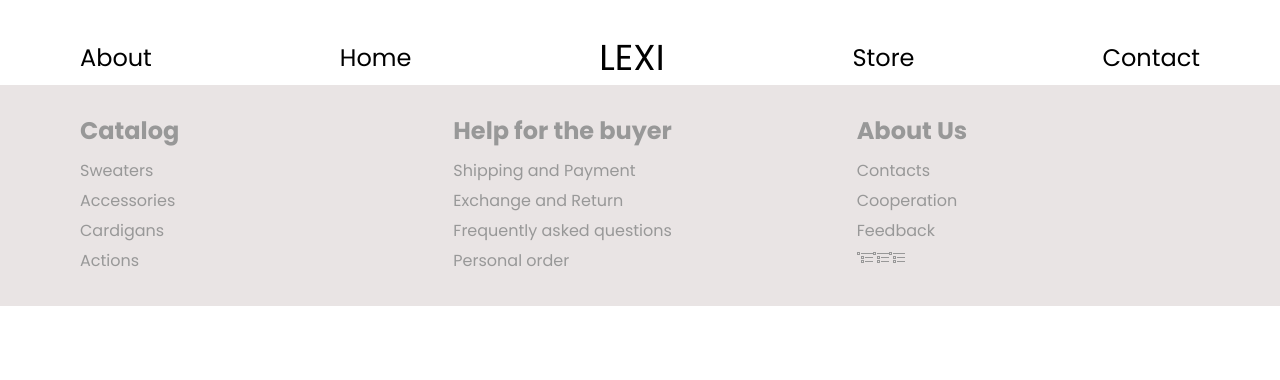
Repository: BuduCE/lexi
Page: /contact
These files come from the project's save history. The page is drawn as it stood at one moment and after a run of saves; the edit follows.
The browser window is 1280 px wide. The pictures show the whole page.
The project was rebuilt for these pictures with package versions that can differ from the ones it lists, and the page was loaded fresh each time. The framework's server and built-in components were replaced by stand-ins that run in the browser. Also part of the build but not shown: nuxt.config.ts, components/CartIcon.vue, components/Icons/Cart.vue, components/Icons/Close.vue, components/Icons/CloseHam.vue, components/Product.vue.

Above is the page before, as saved 2023-05-24 06:32:14.

### assets/main.css
@import url('https://fonts.googleapis.com/css2?family=Montserrat:ital,wght@0,200;0,300;0,400;0,500;0,600;0,700;0,800;0,900;1,200;1,300;1,400;1,500;1,600;1,700;1,800;1,900&family=Poppins:wght@100;200;300;400;500;700;900&display=swap');

*{
    margin: 0;
    padding: 0;
    box-sizing: border-box;
    font-family: poppins;
}

### components/Footer.vue
<template>
    <footer>
        <div class="catalog footer_pane">
            <h2>Catalog</h2>
            <p>Sweaters</p>
            <p>Accessories</p>
            <p>Cardigans</p>
            <p>Actions</p>
        </div>
        <div class="help footer_pane">
            <h2>Help for the buyer</h2>
            <p>Shipping and Payment</p>
            <p>Exchange and Return</p>
            <p>Frequently asked questions</p>
            <p>Personal order</p>
        </div>
        <div class="about footer_pane">
            <h2>About Us</h2>
            <p>Contacts</p>
            <p>Cooperation</p>
            <p>Feedback</p>
            <div class="socials">
                <IconsHamburger />
                <IconsHamburger />
                <IconsHamburger />
            </div>
        </div>
    </footer>
</template>

<style>
footer{
    background: #E9E4E4;
    color: #989898;
    padding: 28px 80px;
    display: grid;
    grid-template-columns: 1fr 1fr 1fr;
}
.footer_pane h2{
    padding-bottom: 10px;
}
.footer_pane p{
    padding-bottom: 5px;
}
.help{
    padding-right: 30px;
}
.about{
    padding-left: 30px;
}
@media screen and (max-width: 768px) {
    footer{
        display: grid;
        grid-template-columns: 1fr 1fr;
        padding: 28px 80px;
    }
    .help {
        padding-right: 0;
    }

    .about {
        padding-left: 0;
    }
}
@media screen and (max-width: 596px) {
    footer{
        grid-template-columns: 1fr;
        padding: 10px 60px;
    }
}
@media screen and (max-width: 463px) {
    footer{
        padding: 10px 10px;
    }
}
</style>

### components/Header.vue
<script setup>
// Hamburger Menu
const showMenu = ref(false)

const handleMenu = () => showMenu.value = !showMenu.value

</script>

<template>
    <div>
        <header class="nav">
            <NuxtLink to="/about" class="nav_option">About</NuxtLink>
            <NuxtLink to="/" class="nav_option">Home</NuxtLink>
            <a class="logo" id="logo">LEXI</a>
            <NuxtLink to="/store" class="nav_option">Store</NuxtLink>
            <NuxtLink to="" class="nav_option">Contact</NuxtLink>
        </header>

        <header class="nav_mob">
            <a href="#" class="logo" id="mob_logo">LEXI</a>

            <div v-show="showMenu" class="desk_nav" id="mobi-links">

                <button class="logomob hamburger_close" id="close_hamburger" style="color: red;" @click="handleMenu">X CLOSE X</button>


                <NuxtLink to="/" class="nav_option">Home</NuxtLink>

                <NuxtLink to="/about" class="nav_option">About</NuxtLink>

                <NuxtLink to="/store" class="nav_option">Store</NuxtLink>

                <NuxtLink to="/contact" class="nav_option">Contact</NuxtLink>

            </div>

            <button class="hamburger"  id="hamburger" @click="showMenu = true">
                <svg stroke="currentColor" fill="none" stroke-width="2.5" viewBox="0 0 24 24" stroke-linecap="round"
                    stroke-linejoin="round" class="h-6 w-6" height="2em" width="2em" xmlns="http://www.w3.org/2000/svg">
                    <line x1="3" y1="12" x2="21" y2="12"></line>
                    <line x1="3" y1="6" x2="21" y2="6"></line>
                    <line x1="3" y1="18" x2="21" y2="18"></line>
                </svg>
            </button>
            <!-- <IconsHamburger class="hamburger"  id="hamburger" @click="showMenu = true"/> -->
        </header>
    </div>
</template>

<style>
.nav{
    display: flex;
    align-items: center;
    justify-content: space-between;
    padding: 30px 80px 0px 80px;
}
.nav a{
    text-decoration: none;
    color: #000;
    font-size: 1.5rem;
}
.nav_mob a{
    text-decoration: none;
    color: #000;
}
.nav a:hover{
    font-weight: bolder;
    transition: 1s;
}
.nav_mob a:hover{
    font-weight: bolder;
    transition: 1s;
}
#logo{
    font-size: 2.25rem;
    font-weight: normal;
}
#mob_logo{
    font-size: 1.8rem;
    font-weight: normal;
}
.nav_mob{
    display: none;
}
/* Responsiveness */
@media screen and (max-width: 768px) {
    .nav {
        padding: 10px 80px 0 80px;
    }
}
@media screen and (max-width: 596px) {
    .nav{
        padding: 10px 60px 0 60px;
    }
    .nav a{
        font-size: 1.2rem;
    }
}
@media screen and (max-width: 463px) {
    .nav{
        display: none;
    }
    .nav_mob{
        display: flex;
        justify-content: space-between;
        align-items: center;
        padding: 0 10px;
        padding-top: 10px;
    }
    .desk_nav{
        /* display: none; */
        display: flex;
        width: 35%;
        flex-direction: column;
        padding: 10px 0;
        text-align: center;
        position: fixed;
        top: 0;
        right: 0;
        background: #fff;
        z-index: 5;
        position: fixed;
        animation: fadeIn 2s;
        box-shadow: -8px 9px 14px -3px rgba(0, 0, 0, 0.78);
            -webkit-box-shadow: -8px 9px 14px -3px rgba(0, 0, 0, 0.78);
            -moz-box-shadow: -8px 9px 14px -3px rgba(0, 0, 0, 0.78);
    }
    .desk_nav a {
        padding: 10px;
        cursor: pointer;
    }
    .hamburger_close{
        font-size: 0.75rem;
    }
    .hamburger{
        background: none;
        border: none;
        cursor: pointer;
    }
    #close_hamburger{
        border: none;
        background: none;
    }
}
</style>

### components/Icons/Hamburger.vue

<template>
    <svg xmlns="http://www.w3.org/2000/svg" width="1em" height="1em" viewBox="0 0 2048 2048">
        <path fill="currentColor"
            d="M512 384h1536v128H512V384zm512 640V896h1024v128H1024zm0 512v-128h1024v128H1024zM0 640V256h384v384H0zm128-256v128h128V384H128zm384 768V768h384v384H512zm128-256v128h128V896H640zm-128 768v-384h384v384H512zm128-256v128h128v-128H640z">
        </path>
    </svg>
</template>

<script>
export default {
    name: 'FluentMdl2BulletedTreeList'
}
</script>

### pages/contact.vue
<template>
    <Header />

    <div class="form">

    </div>

    <Footer />
</template>

Loaded but not shown: app.vue (common file)

After the next 4 saves:
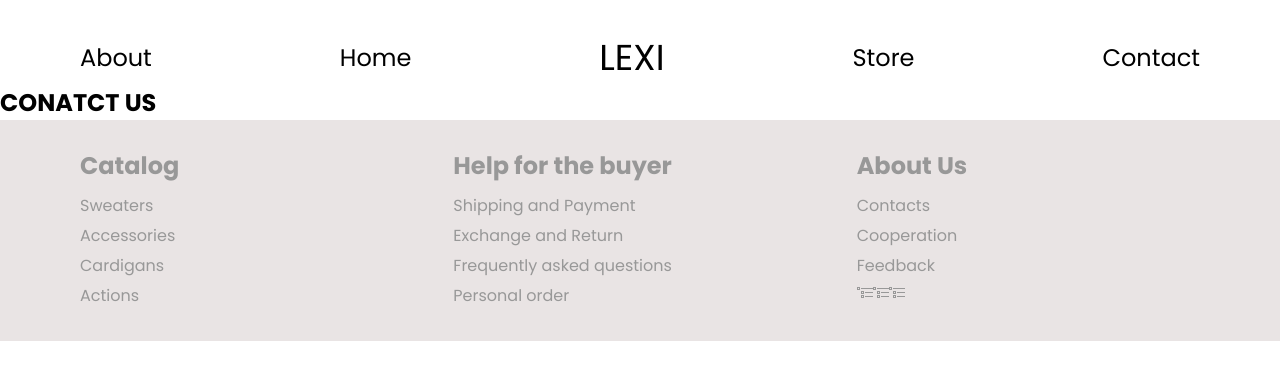
The 4 saves are shown as one change because they came seconds apart.
The last was saved 11 s later.
--- a/pages/contact.vue
+++ b/pages/contact.vue
@@ -2,6 +2,7 @@
     <Header />
 
     <div class="form">
+        <h2>CONATCT US</h2>
 
     </div>
 
